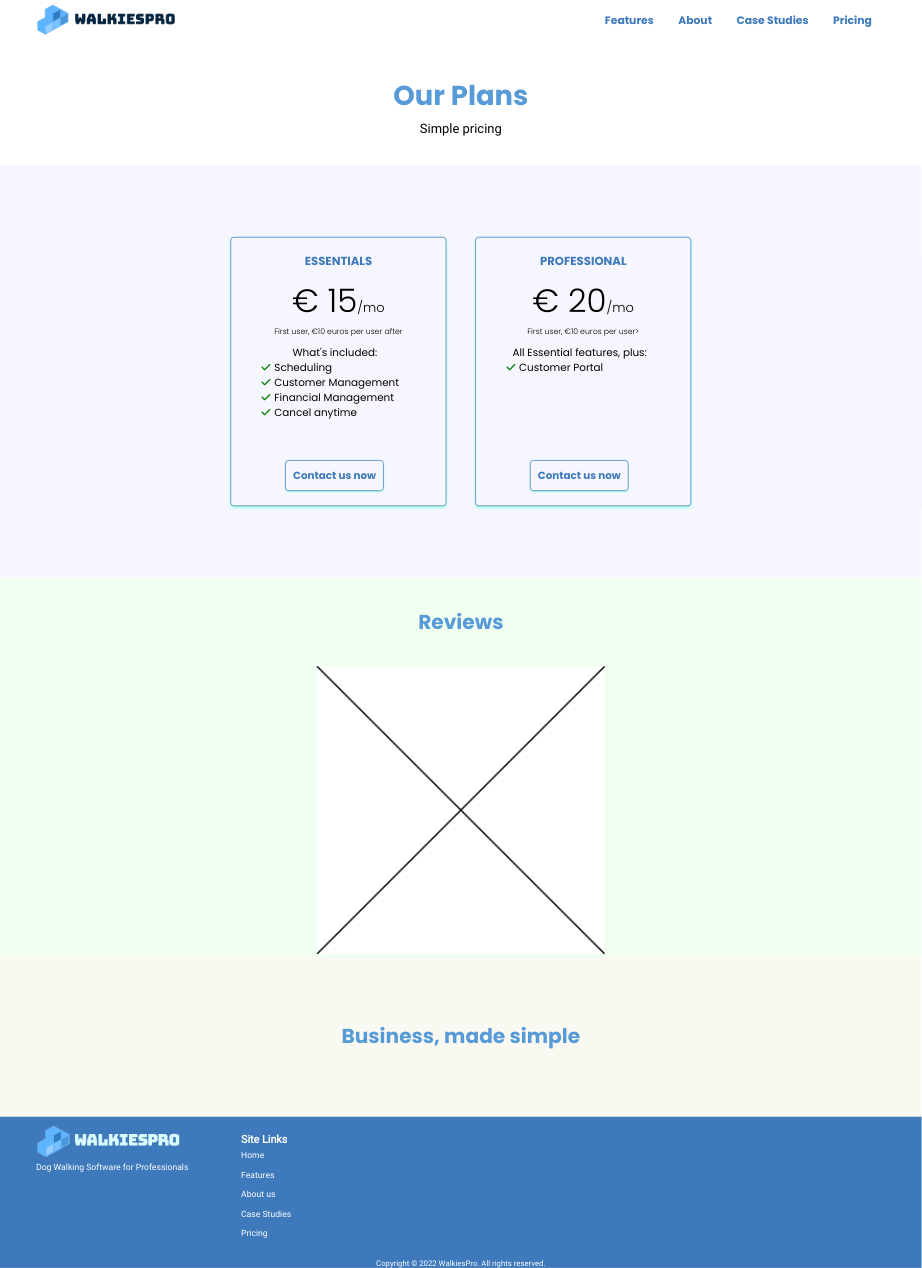
Repository: StevieC87/LAYOUT4
Page: pricing.html
An editor plug-in stored every save of this project. The page is shown before and after the next save, followed by the edit.
The browser window is 1280 px wide. The pictures show the whole page, at 72% of full size.

Above is the page before, as saved 2022-01-05 22:18:40.

### pricing.html
<!DOCTYPE html>
<html lang="en">
  <head>
    <meta charset="UTF-8" />
    <meta http-equiv="X-UA-Compatible" content="IE=edge" />
    <meta name="viewport" content="width=device-width, initial-scale=1.0" />
    <title>WalkiesPro Dog Walking Software</title>
    <link rel="stylesheet" href="css/styles.css" />
    <link rel="stylesheet" href="css/aboutus.css" />
    <link rel="stylesheet" href="css/footer.css" />
    <link rel="stylesheet" href="css/navbar.css" />
    <link rel="stylesheet" href="css/fonts.css" />
    <link rel="stylesheet" href="css/utilities.css" />
    <link rel="stylesheet" href="css/mediaqueries.css" />
    <link rel="stylesheet" href="css/pricing.css" />
    <!-- THIS js file - deferred so loads at the end -->
    <script type="text/javascript" src="js/scripts.js" defer></script>
    <link rel="stylesheet" href="https://use.fontawesome.com/releases/v5.15.4/css/all.css" integrity="sha384-DyZ88mC6Up2uqS4h/KRgHuoeGwBcD4Ng9SiP4dIRy0EXTlnuz47vAwmeGwVChigm" crossorigin="anonymous">


    <style></style>
  </head>
  <body>


    <div class="containernew">
      <div class="navwrapper">
        <!------------------ NAVBAR --------------------->
        <nav id="navbar" class="paddingspecial">
          <!--  <div class="paddingspecial"> -->
          <div id="logo" class="logodiv">
            <a href="index.html"><img src="images/logo.png" alt="logo" /></a>
          </div>
          <div id="hamburger-menu" class="hamburger-menu">
            <div class="line line-1"></div>
            <div class="line line-2"></div>
            <div class="line line-3"></div>
          </div>
          <div class="navlist">
            <ul tabindex="-1">
              <li><a class="current" href="features.html">Features</a></li>
              <li><a href="about-us.html">About</a></li>
              <li><a href="case-studies.html">Case Studies</a></li>
              <li><a href="pricing.html">Pricing</a></li>
            </ul>
          </div>
          <!-- </div> -->
        </nav>
      </div>
      <!-----------------HEADER--------------------->
      <section class="headerwrapper">
          <div class="headertitle">
            <h1>Our Plans</h1>
          </div>
          <div class="headerminitext centertext">
            Simple pricing
          </div>
      </section>
      <!------------------ PRICING TABLE --------------------->
      <section class="pricingouterwrapper">
          <div class="pricinginnerwrapper">
            <div class="pricingcard card">
              <div class="cardtitle">ESSENTIALS</div>
              <div class="price">&#8364; 15<span class="miniprice">/mo</span></div>
              <div class=" centertext poppinslight smallfont ">First user, &#8364;10 euros per user after</div>
              <div class="pricelistdiv poppins">
                <div class="centertext" >What's included:</div>
              <!--   style="display: block" -->
                <ul class="pricelist poppins">
                      <li class="elementY">Scheduling</li>
                      <li class="elementY">Customer Management</li>
                      <li class="elementY">Financial Management</li>
                     <!--  <li class="elementx">Customer Portal</li> -->
                      <li class="elementY">Cancel anytime</li>
                    </ul>

              </div>
              <div class="btnprice">
                <button class="btn btnoutline btnaqua">Contact us now</button>
              </div>
            </div>

            <!-- SECOND CARD PRO PLAN -->
            <div class="pricingcard card " >
             <div class="cardtitle">PROFESSIONAL</div>
             <div class="price">&#8364; 20<span class="miniprice">/mo </span>
             </div>
             <div class=" centertext poppinslight smallfont ">First user, &#8364;10 euros per user></div>
             <div class="pricelistdiv poppins">
              <div class="centertext" >All Essential features, plus:</div>
            <!--   style="display: block" -->
              <ul class="pricelist poppins">
                <li class="elementY">Customer Portal</li>
                    <!-- <li class="elementY">Customer Management</li>
                    <li class="elementY">Financial Management</li>
                    <li class="elementx">Customer Portal</li> -->
                   <!--  <li class="elementY">Cancel anytime</li> -->
                  </ul>

            </div>

             <div class="btnprice">
              <button class="btn btnoutline btnaqua">Contact us now</button>
            </div>
        </div>

      </section>
      <!-- SECTION IMAGE GALLERY REVIEWS  -->
      <section class="imagegallerywrapper">

        <div class="imagegalleryinnerwrapper">
          <div class="centerGRIDself reviewsdiv">
            <h3>Reviews</h3>
          </div>
            <div class="imagegallery">
              <img src="images/3.png" alt="" width="400px">
            </div>
        </div>



      </section>


      <!------------------ CONTACT US SECTION --------------------->
     <section class="contactuswrapper">
       <div class="contactusinnerwrapper">
        <h3 class="centertext">Business, made simple</h3>

       </div>
     </section>
      <!------------------ FOOTER --------------------->
      <footer id="footer">
        <div class="footerwrapper">
          <div class="footergriditem1">
            <img class="bottomlogo" src="images/logoblue.png" alt="logo" />
            <span class="whitetext bottomphrase"
              >Dog Walking Software for Professionals</span
            >
          </div>

          <div class="footergriditem2">
            <div><b class="whitetext footerlinkstitle">Site Links</b></div>
            <ul class="whitetext ulnostyle anostyle" style="font-size: 12px">
              <li><a href="../layout/index.html">Home</a> </li>
              <li><a href="features.html">Features</a> </li>
              <li><a href="about-us.html">About us</a> </li>
              <li><a href="case-studies.html">Case Studies</a></li>
              <li><a href="pricing.html">Pricing</a></li>
            </ul>
          </div>
          <div class="footergriditem3 whitetext smallfont">Copyright © 2022 WalkiesPro. All rights reserved.</div>
        </div>

      </footer>
    </div>
    <!-- end container -->

    <!------------------ SIDE MENU --------------------->
    <div id="menuhidden" class="menuhidden hiddenright">
      <div class="slidemenu">
        <ul tabindex="-1" aria-hidden="true">
          <li><a class="activeSidebarLi" href="index.html">Home</a></li>
          <li><a class="current" href="features.html">Features</a></li>
          <li><a href="about-us.html">About</a></li>
          <li><a href="case-studies.html">Case Studies</a></li>
          <li><a href="pricing.html">Pricing</a></li>
          <!--    <hr /> -->
        </ul>
      </div>
    </div>
  </body>
</html>

### css/styles.css
:root {
  /*  --myblue: #5da3df; */
  --myblue: #3e79bc;
  --myblueh1: #569ad7;
}

html,
body {
  box-sizing: border-box;
  font-size: 18px;
  font-family: Roboto;
  /*  line-height: 1rem; */
  margin: auto;
}
*,
*:before,
*:after {
  box-sizing: inherit;
}

h1,
h2,
h3,
h4,
h5,
h6 {
  font-family: PoppinsBold;
  color: var(--myblueh1);
  /* #5da3df */
  padding: 10px 0 10px 0;
  margin: 0px;
}
h1 {
  font-size: 38px;
  line-height: 2.8rem;
}
h2 {
  font-size: 38px;
}
h3 {
  font-size: 28px;
}
h4 {
  font-size: 26px;
}
h5 {
  font-size: 20px;
}
h6 {
  font-size: 18px;
}

.containernew {
  width: 100%;
}

### css/aboutus.css
/* * * * * * * * * * * * * * * * * * * * * * * * * * * * * * * * * * * * * * * *
ABOUT US
* * * * * * * * * * * * * * * * * * * * * * * * * * * * * * * * * * * * * * * */
.headerwrapper {
  width: 100%;
  display: grid;
  padding: 40px 0 40px 0;
}
.headertitle {
  grid-template-columns: 1fr;
  align-self: center;
  justify-self: center;
}

.headertextunder {
  /* max-width: 80%;  */
  max-width: 800px;
  grid-template-columns: 1fr;
  align-self: center;
  justify-self: center;
  font-size: 1rem;
  padding-top: 30px;
}
.meettheteamwrapper {
  width: 100%;
  display: grid;
  justify-content: center;
  background-color: #f6f7fe;
}
.meettheteamh2 {
  padding-top: 40px;
  text-align: center;
  /*  color: purple; */
  color: var(--myblueh1);
  /* color: #7f55ff; */
  width: 100%;
}
.meettheteamh2 > h2 {
  color: inherit;
}
.meetteamprofiles {
  max-width: 1000px;
  justify-content: center;
  display: grid;
  grid-template-columns: 1fr;
  grid-gap: 40px;
}
.contactuswrapper {
  padding: 80px 0 80px 0;
  background-color: #f9f9f2;
}
.contactusinnerwrapper {
}

.aboutusformgrid {
  max-width: 600px;
  margin: 0 auto;
  padding: 0 20px 0px 20px;
  border: 1px solid blue;
}
.aboutusformgrid2 {
  max-width: 800px;
  margin: 0 auto;
  padding: 0 20px 0px 20px;
  /* border: 1px solid blue; */
  display: grid;
  grid-template-columns: 1fr;
  grid-gap: 20px;
}
.textareadiv2 {
  grid-column: 1/-1;
  grid-row: 2 / 4;
}
/* textarea {
  width: 100%;
  max-width: 300px;
  border-radius: 5px;
  border: 1px solid var(--myblue);
} */
.textareadiv2 > textarea {
  width: 100%;
  /*  max-width: 300px; */
  border-radius: 5px;
  border: 1px solid var(--myblue);
}

.centerbtngrid {
  grid-column: 1/-1;
  justify-self: end;
}
input,
label {
  display: block;
  width: 100%;
  /*   max-width: 300px; */
}
input {
  border-radius: 5px;
  border: 1px solid var(--myblue);
  padding: 10px;
}
/* e.maildiv > input {
  margin-lkef: 40px;
} */
/* .yournamediv > input:nth-child(2) {
  margin-left: 10px;
} */
label {
  padding-bottom: 5px;
  padding-top: 20px;
  color: var(--myblue);
}
@media (min-width: 336px) {
  .meetteamprofiles {
    grid-template-columns: 1fr 1fr;
  }
  .meettheteamprofile1 {
    justify-self: center;
    align-self: center;
  }
  .meettheteamprofile2 {
  }
  .aboutusformgrid2 {
    grid-template-columns: 1fr 1fr;
  }
}

### css/footer.css
/* * * * * * * * * * * * * * * * * * * * * * * * * * * * * * * * * * * * * * * *
                    FOOTER
* * * * * * * * * * * * * * * * * * * * * * * * * * * * * * * * * * * * * * * */

footer {
  background-color: var(--myblue);
  width: 100%;
  display: flex;
  justify-content: center;
  padding-top: 10px;
}
/* DEFAULT FOR SMALL SCREEN - MOBILE FIRST */
.footerwrapper {
  /* this is the inner div that serves as a grid with equal columns as container */
  width: 1200px;
  display: grid;
  grid-template-columns: 1fr;
  grid-gap: 0.2rem;
}
/* DEFAULT FOR SMALL SCREEN - MOBILE FIRST */
.footergriditem1 {
  grid-row: 1 / 2;
  /* grid-column: 1 / 2; */
  grid-column: 1 / -1;
}
/* DEFAULT FOR SMALL SCREEN - MOBILE FIRST */
.footergriditem2 {
  /* grid-column: 2 / 3; */
  grid-column: 1 / -1;
  grid-row: 3 / 4;
  padding-left: 10px;
  justify-self: start;
  padding-top: 10px;
  padding-bottom: 10px;

  /*  justify-self: self-end; */
  /* padding: 20px 0 0 40px; */
}
.footergriditem2:first-child {
  margin: 10px 0 10px 0;
}
.footergriditem3 {
  grid-row: 4 / 5;
  grid-column: 1 / -1;
  justify-self: center;
  align-self: center;
}
.bottomlogo {
  padding: 0px 0 0px 10px;
}
.bottomphrase {
  padding-left: 10px;
  display: block;
  text-align: left;
  font-size: 12px;
}
.footerlinkstitle {
  font-size: 15px;
}

@media (min-width: 336px) {
}
@media (min-width: 450px) {
  .footerwrapper {
    grid-template-columns: 226px 200px 1fr 0.2fr 0.2fr 0.2fr;
  }
  .footergriditem1 {
    grid-row: 1 / 2;
    grid-column: 1 / 2;
  }
  .footergriditem2 {
    grid-row: 1 / 2;
    grid-column: 2 / 3;
    padding-left: 0px;
    justify-self: center;
    padding-top: 10px;
    padding-bottom: 10px;
  }
}

### css/navbar.css
/* * * * * * * * * * * * * * * * * * * * * * * * * * * * * * * * * * * * * * * *
                          NAVBAR
* * * * * * * * * * * * * * * * * * * * * * * * * * * * * * * * * * * * * * * */
.navwrapper {
  display: flex;
  justify-content: center;
}
nav {
  background-color: white;
  width: 1200px;
  display: flex;
  justify-content: space-between;
}

.logodiv {
  padding-top: 5px;
  padding-left: 10px;
}
#navbar ul {
  list-style: none;
  margin-right: 15px;
  /*   float: right; */
}

#navbar ul li {
  float: left;
}

#navbar ul li a {
  display: block;
  margin: 0 14px 0 20px;
  /* padding: 0 20px 0 10px; */
  text-align: center;
  text-decoration: none;
  color: var(--myblue);
  /*  color: black; */
  font-family: 'PoppinsBold';
  font-size: 15px;
  /*  border-bottom: 1px solid transparent; */

  line-height: 21px;
}
#navbar ul li a:hover {
  /*  text-decoration: underline; */
  /*  border-bottom: 1px solid var(--myblue); */
  color: #9370db;
}

/* * * * * * * * * * * * * * * * * * * * * * * * * * * * * * * * * * * * * * * *
HAMBURGER MENU
* * * * * * * * * * * * * * * * * * * * * * * * * * * * * * * * * * * * * * * */

.hamburger-menu {
  width: 30px;
  height: 30px;
  padding-top: 7px;
  position: absolute;
  top: 7px;
  right: 10px;
  display: flex;
  flex-direction: column;
  justify-content: space-between;
  cursor: pointer;
  z-index: 100;
}

.line {
  width: inherit;
  height: 3px;
  background-color: var(--myblue);
  border-radius: 2px;
  transition-property: transform;
  transition-duration: 500ms;

  /*   transform-origin: right;
  transition: transform 0.5s; */
}

.line.openline:nth-child(1) {
  transform: translate(0px, 10px) rotate(45deg);
  /*  transform-origin: top; */
}
.line.openline:nth-child(2) {
  opacity: 0;
}
.line.openline:nth-child(3) {
  transform: translate(0px, -10px) rotate(-45deg);

  /*   transform-origin: top; */
}

.menuhidden {
  height: 100vh;
  width: 200px;
  background-color: white;
  position: fixed;
  top: 0;
  right: -200px;
  transition: ease 0.2s;
}

.visibleright {
  right: 0px;
  /*   transition: ease 4s; */
}
/* --------- SLIDEMENU ---------- */
.slidemenu ul {
  list-style: none;
  padding-top: 45px;
  padding-left: 0px;
  width: 100%;
  /*   float: right; */
}
.slidemenu ul li {
}
.slidemenu ul li a {
  display: block;
  padding: 10px 5px 10px 5px;
  margin: 0px 5px 0px 5px;
  text-align: center;
  text-decoration: none;
  line-height: 1.5rem;
  color: var(--myblue);
}
.slidemenu ul li a:hover {
  background-color: #fbfbfa;
  border-radius: 15px;
  /* opacity: 0.5; */
}
.activeSidebarLi {
  background-color: #fbfbfa;
  border-radius: 15px;
}
/* END SLIDEMENU */

### css/fonts.css
/* * * * * * * * * * * * * * * * * * * * * * * * * * * * * * * * * * * * * * * *
        FONT FAMILIESS
* * * * * * * * * * * * * * * * * * * * * * * * * * * * * * * * * * * * * * * */
@font-face {
  font-family: 'Bungee';
  src: url('../fonts/Bungee-Regular.ttf');
  src: local('☺'), url('../fonts/Bungee-Regular.ttf') format('truetype');
  font-display: block;
}
@font-face {
  font-family: 'Roboto';
  src: url('../fonts/Roboto-Regular.ttf');
  src: local('☺'), url('../fonts/Roboto-Regular.ttf') format('truetype');
  font-display: block;
}
@font-face {
  font-family: 'Roboto-Bold';
  src: url('../fonts/Roboto-Bold.ttf');
  src: local('☺'), url('../fonts/Roboto-Bold.ttf') format('truetype');
  font-display: block;
}
@font-face {
  font-family: 'Ubuntu';
  src: url('../fonts/Ubuntu-Regular.ttf');
  src: local('☺'), url('../fonts/Ubuntu-Regular.ttf') format('truetype');
  font-display: block;
}
@font-face {
  font-family: 'UbuntuBold';
  src: url('../fonts/Ubuntu-Bold.ttf');
  src: local('☺'), url('../fonts/Ubuntu-Bold.ttf') format('truetype');
  font-display: block;
}
@font-face {
  font-family: 'Poppins';
  src: url('../fonts/Poppins-Regular.ttf');
  src: local('☺'), url('../fonts/Poppins-Regular.ttf') format('truetype');
  font-display: block;
}
@font-face {
  font-family: 'PoppinsBold';
  src: url('../fonts/Poppins-Bold.ttf');
  src: local('☺'), url('../fonts/Poppins-Bold.ttf') format('truetype');
  font-display: block;
}
@font-face {
  font-family: 'PoppinsLight';
  src: url('../fonts/Poppins-Light.ttf');
  src: local('☺'), url('../fonts/Poppins-Light.ttf') format('truetype');
  font-display: block;
}
@font-face {
  font-family: 'FontAwesome';
  src: url('../fonts/fa-solid-900.ttf');
  src: local('☺'), url('../fonts/fa-solid-900.ttf') format('truetype');
  font-display: block;
}
.bungee {
  font-family: Bungee;
}
.ubuntu {
  font-family: Ubuntu;
}
.ubuntuBold {
  font-family: UbuntuBold;
}
.poppins {
  font-family: Poppins;
}
.poppinslight {
  font-family: PoppinsLight;
}
.poppinsbold {
  font-family: PoppinsBold;
}

### css/utilities.css
.btn {
  cursor: pointer;
  transition-property: background-color, color, border;
  transition-duration: 200ms;
  transition-timing-function: ease-in;
}

.btnoutline {
  background-color: transparent;
  border: 1px solid var(--myblue);
  border-radius: 5px;
  color: var(--myblue);
  padding: 10px;
  font-size: 0.8rem;
  /*  font-weight: bold */
  font-family: PoppinsBold;
}
.allfeaturesbtn {
  padding: 15px 20px 15px 20px;
  border-radius: 10px;
  border: 1px solid var(--myblue);
  /*   background-color: var(--myblue); */
  background-color: WHITE;
  /* color: white; */
  color: var(--myblue);
  font-weight: bold;
  font-size: 1.2rem;
}
.allfeaturesbtn:hover {
  background-color: var(--myblue);
  color: white;
}
.submit {
  margin-top: 20px;
  padding: 8px 6px 8px 6px;
  border-radius: 6px;
  width: 100px;
  background-color: var(--myblue);
  border: 1px solid var(--myblue);
  color: #f9f9f2;
  font-size: 1.2rem;
  /*  font-weight: bold; */
}

/* * * * * * * * * * * * * * * * * * * * * * * * * * * * * * * * * * * * * * * *
UTILITY CLASSES
* * * * * * * * * * * * * * * * * * * * * * * * * * * * * * * * * * * * * * * */

.centertext {
  text-align: center;
}
.centerimg {
  display: block;
  margin-left: auto;
  margin-right: auto;
  /*   width: 50%; */
}
.centerhorizvert {
  align-self: center;
  justify-self: center;
}
/* visible/invis from screen readers & visually */
.invisible {
  visibility: hidden;
}
.visible {
  visibility: visible;
}
.whitetext {
  color: white;
}
.smallfont {
  font-size: 0.6rem;
}
.mediumfont {
  font-size: 0.8rem;
}
.ulnostyle {
  list-style: none;
  line-height: 1.5rem;
  padding: 0;
  margin: 0;
}
.anostyle > li a {
  text-decoration: none;
  color: white;
}

### css/mediaqueries.css
/* to switch to hamburger menu */
@media (min-width: 677px) {
  .hamburger-menu {
    visibility: hidden;
  }
  .section2divrow {
    grid-template-columns: 1fr 1fr;
  }
  .section1innerwrapper {
    grid-template-columns: 2fr 1fr;
  }
}
@media (max-width: 676px) {
  /* HIDE NAV LI WHEN SMALL SCREEN */
  nav {
    width: 1200px;
  }

  .navlist {
    visibility: hidden;
    display: none;
  }
  .hamburger-menu {
    visibility: visible;
  }

  /* ADVANCED SCHEDULING DIV - flip order: image last */
  .section2imgleft1 {
    grid-row: 2;
  }
  .section2textright1 {
    grid-row: 1;
  }
  /* FINANCIAL MANAGEMENT DIV - flip order: image last */
  .section2imgleft3 {
    grid-row: 2;
  }
  .section2textleft3 {
    grid-row: 1;
  }
}

### css/pricing.css
/* .headerwrapper {
  background-color: var(--myblue);
  color: white;
} */

.pricingcard {
  border: 1px solid var(--myblue);
  border-radius: 5px;
  min-height: 300px;
  min-width: 300px;
  font-size: 0.8rem;
  /*  background-color: #fbfbfa; */
}
.cardtitle {
  text-align: center;
  color: var(--myblue);
  padding: 20px 0 10px 0;
  font-size: 0.9rem;
  font-family: PoppinsBold;
  font-weight: bold;
}

.price {
  text-align: center;
  font-size: 2.5rem;
  font-family: PoppinsLight;
}
.miniprice {
  font-size: 1rem;
}
.pricelistdiv {
  padding: 10px 20px 0px 10px;
  height: 170px;
}
.pricingcard1 {
}
.pricingcard2 {
}

.pricelist {
  list-style-type: none;
  padding-top: 0px;
  margin-block-start: 0em;
}
.pricelist li {
  padding-left: 10px;
}
li:before {
}

.elementx::before {
  color: orangered;
  content: '\f00d'; /* FontAwesome Unicode */
  font-family: FontAwesome;
  display: inline-block;
  margin-left: -1.3em; /* same as padding-left set on li */
  width: 1.3em; /* same as padding-left set on li */
}
.elementY::before {
  color: green;
  content: '\f00c'; /* FontAwesome Unicode */
  font-family: FontAwesome;
  display: inline-block;
  margin-left: -1.3em; /* same as padding-left set on li */
  width: 1.3em; /* same as padding-left set on li */
}
.btnprice {
  width: 148px;
  margin: 0 auto;
  padding-bottom: 20px;
}

.pricingouterwrapper {
  width: 100%;
  display: grid;
  justify-content: center;
  background-color: #f6f7fe;
}
.pricinginnerwrapper {
  max-width: 1000px;
  justify-content: center;
  display: grid;
  grid-template-columns: 1fr;
  grid-gap: 40px;
  padding: 100px;
}
@media (min-width: 676px) {
  .pricinginnerwrapper {
    grid-template-columns: 1fr 1fr;
  }
}

.imagegallerywrapper {
  width: 100%;
  background-color: honeydew;
  display: grid;
  justify-content: center;
}

.imagegalleryinnerwrapper {
  width: 800px;
  grid-template-columns: 1fr;
  display: grid;
  justify-content: center;
  /*  align-self: center;
  justify-self: center; */
}

.imagegallery {
  align-self: center;
  justify-self: center;
}
.centerGRIDself {
  align-self: center;
  justify-self: center;
}
.reviewsdiv {
  margin-top: 30px;
  margin-bottom: 30px;
}

.card {
  /* Add shadows to create the "card" effect */
  /* box-shadow: 0 4px 8px 0 rgba(0, 0, 0, 0.2); */
  box-shadow: 0 2px 4px 0 aquamarine;
  transition: 0.3s;
}

/* On mouse-over, add a deeper shadow */
.card:hover {
  box-shadow: 0 4px 8px 0 aquamarine;
}

.btnaqua {
  box-shadow: 0 1px 2px 0 aquamarine;
  /* color: aquamarine; */
}

.btnaqua:active {
  transform: translateY(1px);
}

### js/scripts.js
const hamburgerbutton = document.querySelector('#hamburger-menu');
hamburgerbutton.addEventListener('click', function () {
  //  vis();
  slide();
  transformlines();
});

function slide() {
  const slideme = document.querySelector('#menuhidden');
  const slidemeclasses = slideme.classList;
  //  slideme.classList.replace('hiddenright', 'visibleright');
  const slidemeclassestoggle = slidemeclasses.toggle('visibleright');
}

function transformlines() {
  //for each line add a class ideally
  document.querySelectorAll('.line').forEach((item) =>
    //item.style.backgroundColor = "pink"
    item.classList.toggle('openline')
  );
}

After the next save:
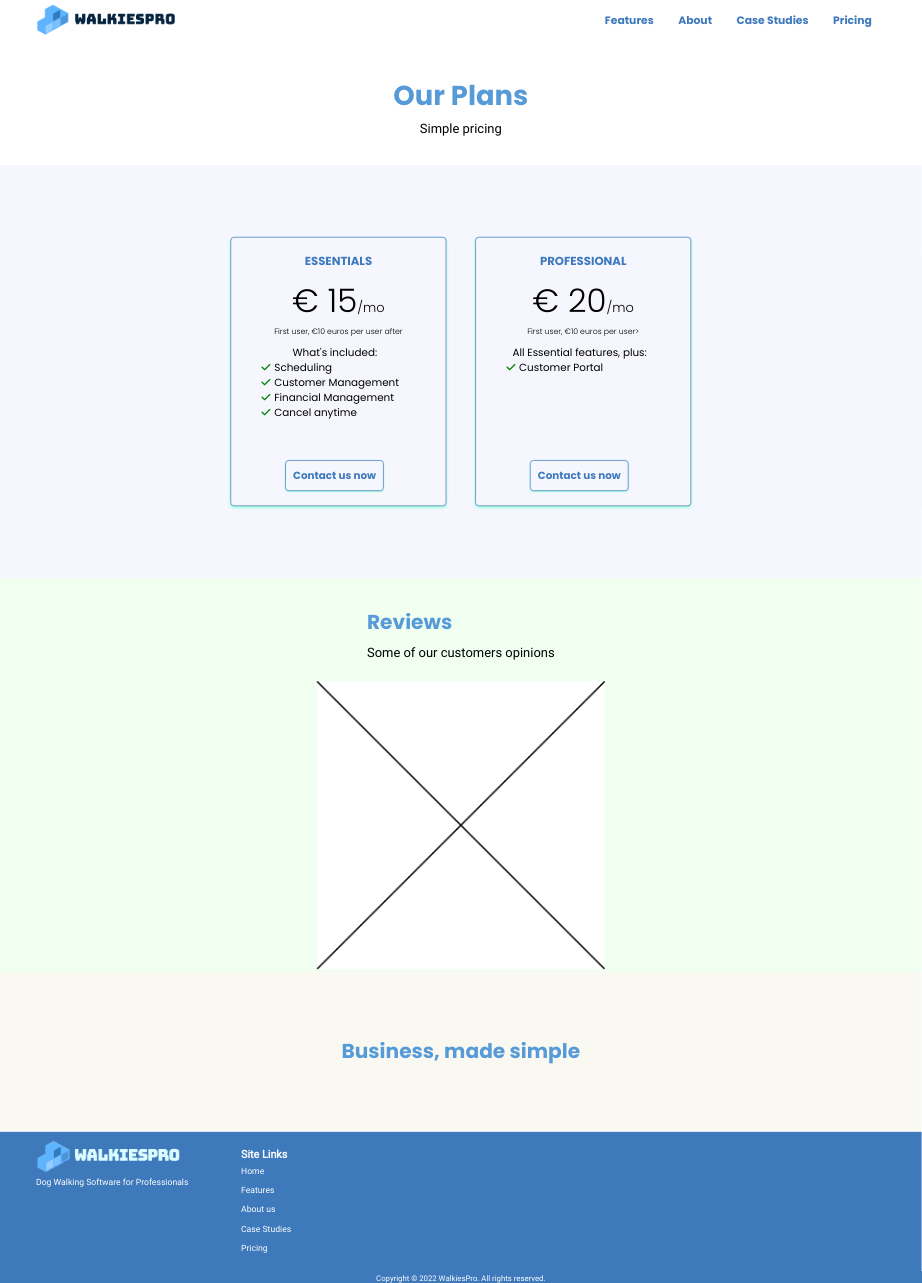
Saved 9 s later.
--- a/pricing.html
+++ b/pricing.html
@@ -111,6 +111,7 @@
         <div class="imagegalleryinnerwrapper">
           <div class="centerGRIDself reviewsdiv">
             <h3>Reviews</h3>
+            <span>Some of our customers opinions</span>
           </div>
             <div class="imagegallery">
               <img src="images/3.png" alt="" width="400px">
